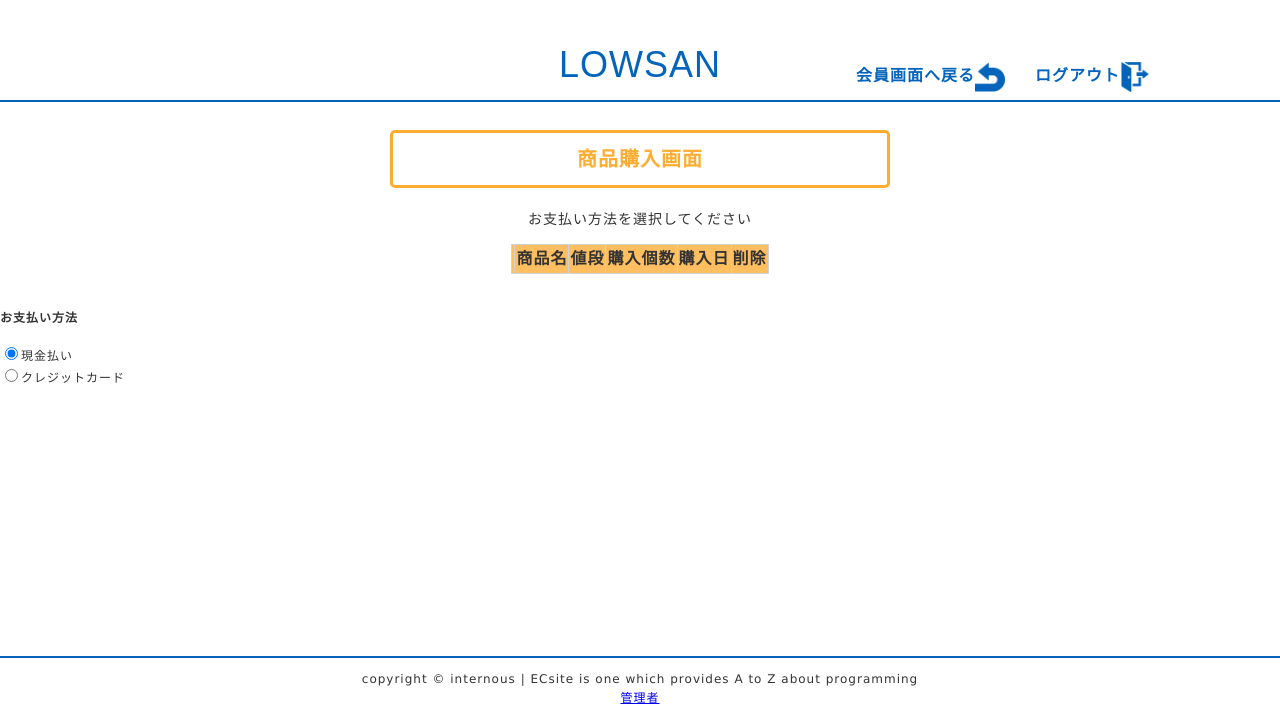
Repository: nishimura0212/myECsite
Page: http://localhost/ecsite/buyItem.jsp
An editor plug-in stored every save of this project. The page is shown before and after the next save, followed by the edit.
The browser window is 1280 px wide. The pictures show the whole page.
The page is served by Tomcat 9.

Above is the page before, as saved 2019-01-02 14:18:47.

After the next save:
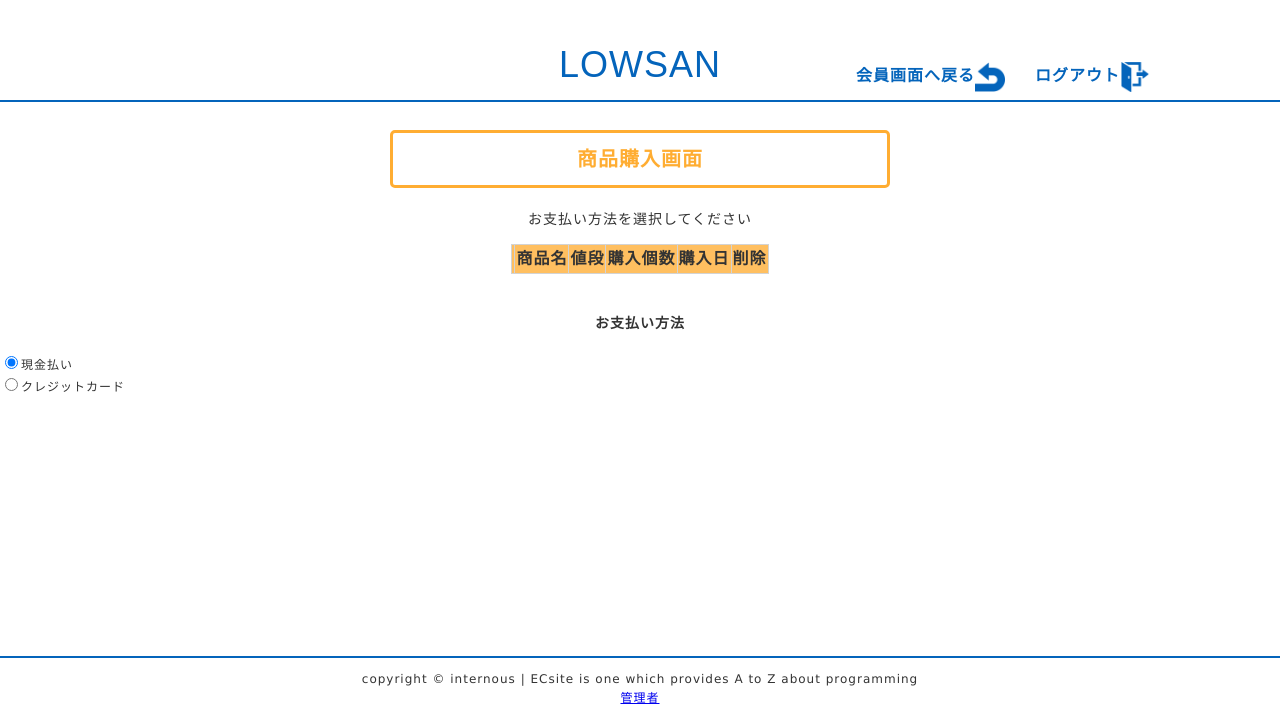
Saved 3 min 34 s later.
--- a/ecsite/WebContent/buyItem.jsp
+++ b/ecsite/WebContent/buyItem.jsp
@@ -59,7 +59,7 @@
 					</s:iterator>
 				</table>
 				<br>
-				<h4>お支払い方法</h4>
+				<h4 class="comment">お支払い方法</h4>
 				<input type="radio" name="pay" value="1" checked="checked">現金払い
 				<br><input type="radio" name="pay"value="2">クレジットカード
 		</div>
